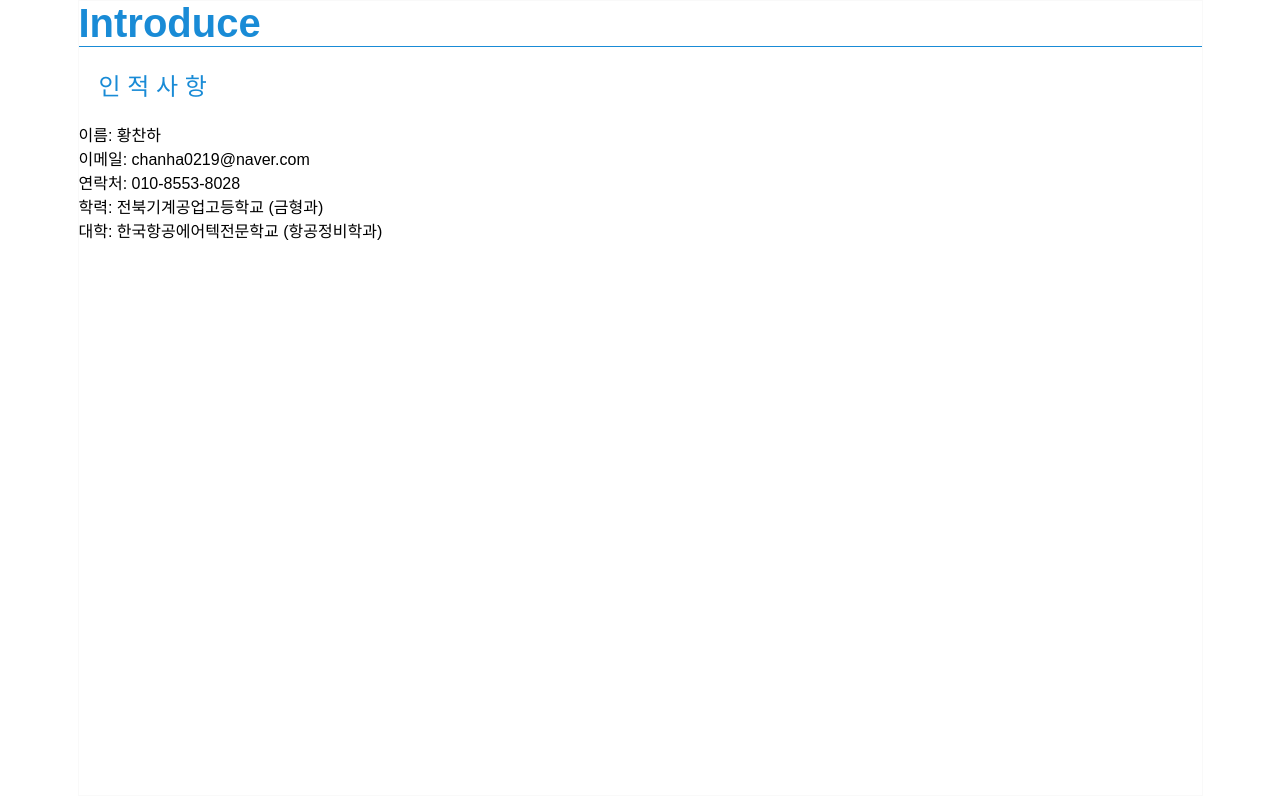
Repository: DooBae-KR/MySelf
Page: /
An editor plug-in stored every save of this project. The page is shown before and after a run of saves, followed by the edit.
The browser window is 1280 px wide. The pictures show the whole page.
The project was rebuilt for these pictures with package versions that can differ from the ones it lists, and the page was loaded fresh each time. Also part of the build but not shown: src/pages/MainPage.js, src/pages/header/HeaderLogo.js, src/pages/header/TabMenu.js, src/pages/HeaderPage.js.

Above is the page before, as saved 2025-07-23 21:12:25.

After the next 2 saves:
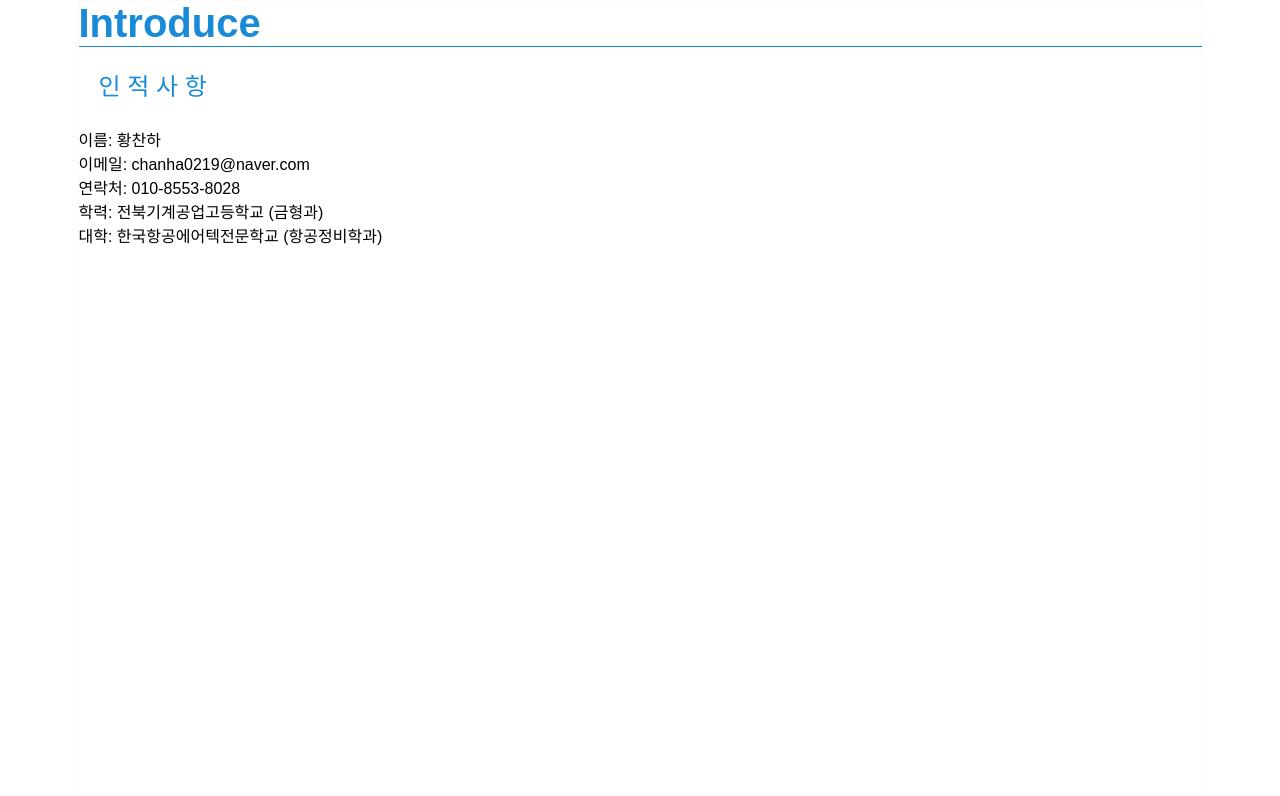
The 2 saves are shown as one change because they came seconds apart.
The last was saved 27 s later.
--- a/src/styles/header.css
+++ b/src/styles/header.css
@@ -61,9 +61,13 @@
     .content{
         width: 100%;
         flex-direction: column;
+        gap:5px;
     }
     .contentTitle{
         margin: 20px;
         font-size: 24px;
         color:rgb(25, 139, 214);
     }
+    .content p{
+
+    }

After the save that followed:
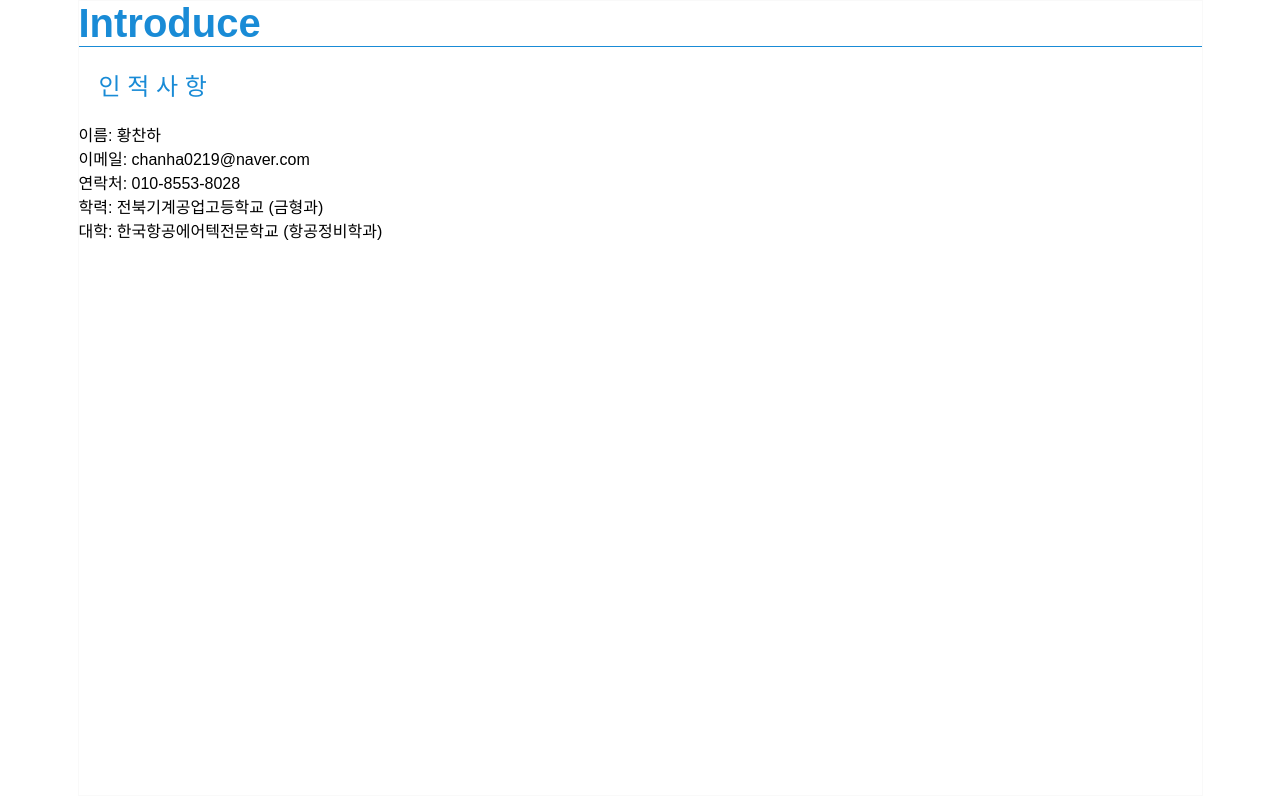
Saved 10 s later.
--- a/src/styles/header.css
+++ b/src/styles/header.css
@@ -61,13 +61,12 @@
     .content{
         width: 100%;
         flex-direction: column;
-        gap:5px;
     }
     .contentTitle{
         margin: 20px;
         font-size: 24px;
         color:rgb(25, 139, 214);
     }
-    .content p{
+    .context p{
 
     }
